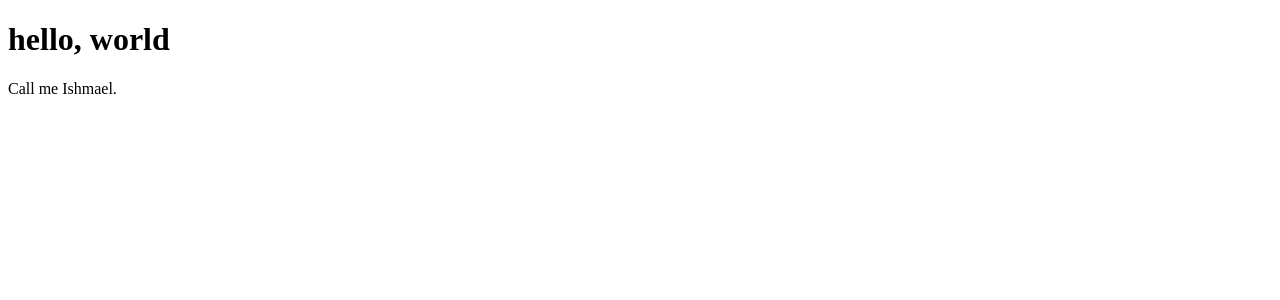
Repository: rvass/learn-enough-git
Page: index.html
The author's editor kept a record of every edit. The page is drawn from the files as they stood at one moment, then again after the next edit.
The browser window is 1280 px wide. The pictures show the whole page.

Above is the page before.

After the next edit:
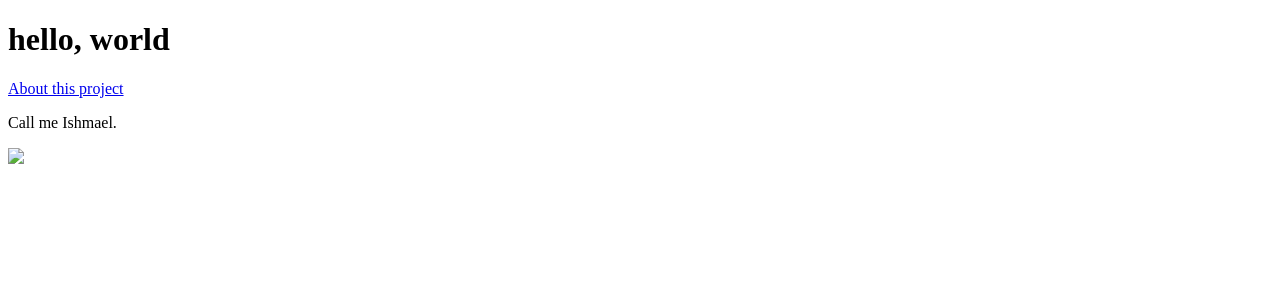
Not found: images/breaching_whale.jpg
The edit:
--- a/index.html
+++ b/index.html
@@ -1,10 +1,12 @@
 <!DOCTYPE html>
 <html>
   <head>
-    <title>A whale of a greeting!</title>
+    <title>A whale of a greeting</title>
   </head>
   <body>
     <h1>hello, world</h1>
+    <a href="about.html">About this project</a>
     <p>Call me Ishmael.</p>
+    <img src="images/breaching_whale.jpg">
   </body>
 </html>
